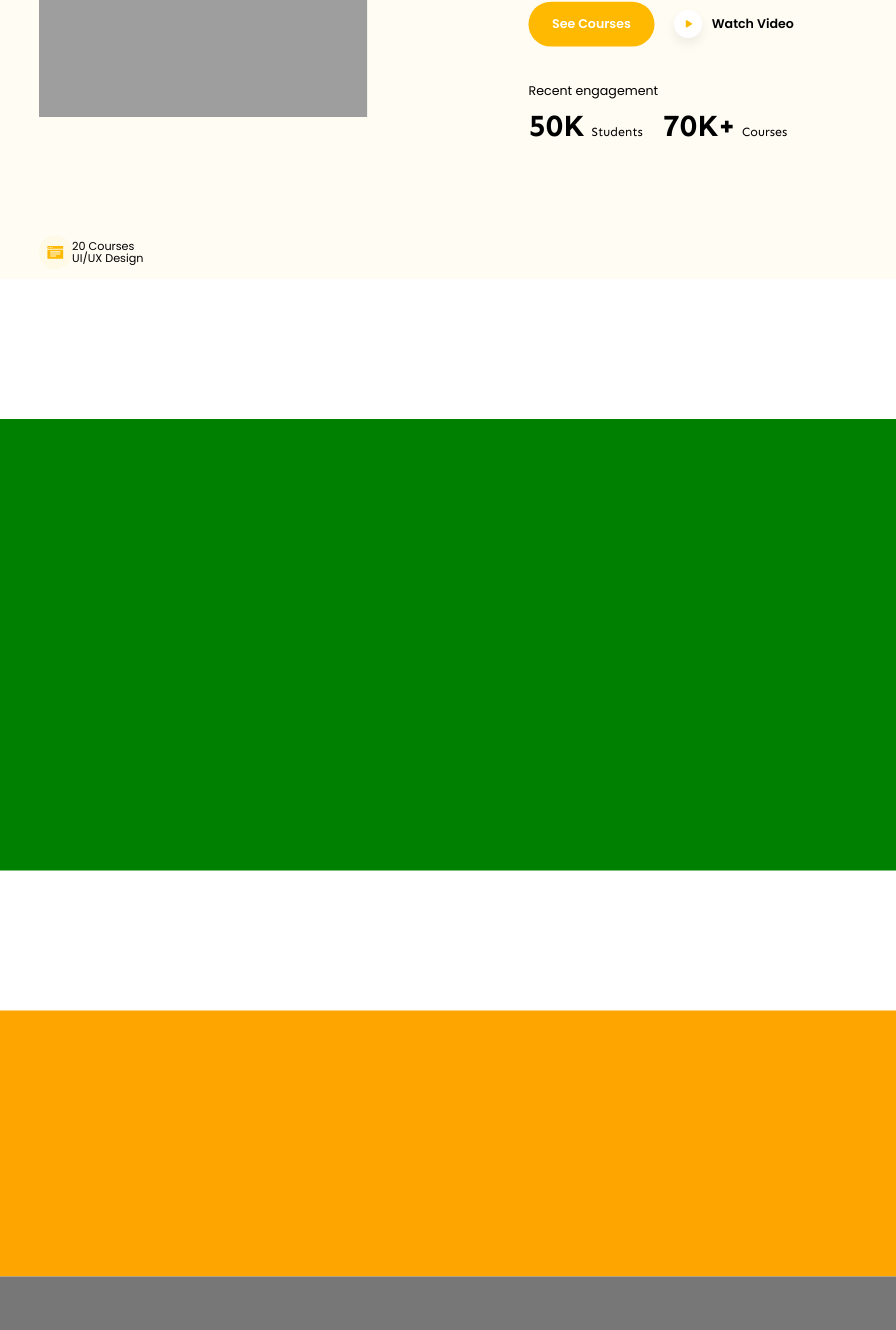
Repository: kauittt/LTWEB
Page: index.html
These files come from the project's save history. The page is drawn as it stood at one moment and after the next save; the edit follows.
The browser window is 1280 px wide. The pictures show the part of the page from y = 501 to 2401 px (the page is 4909 px tall), at 70% of full size.
Pictures or frames that could not be fetched are drawn as grey boxes.

Above is the page before, as saved 2023-01-18 13:48:37.

### index.html
<!DOCTYPE html>
<html lang="en">
    <head>
        <meta charset="UTF-8" />
        <meta http-equiv="X-UA-Compatible" content="IE=edge" />
        <meta name="viewport" content="width=device-width, initial-scale=1.0" />
        <title>F8-PROJECT-02</title>
        <!--* favicon  -->
        <link rel="icon" type="image/x-icon" href="./assets/img/f8-icon.png" />
        <!--* font awesome -->
        <link
            rel="stylesheet"
            href="https://cdnjs.cloudflare.com/ajax/libs/font-awesome/6.2.1/css/all.min.css"
        />
        <link rel="preconnect" href="https://cdnjs.cloudflare.com" />
        <!--* css -->
        <link rel="stylesheet" href="./assets/css/reset.css" />
        <link rel="stylesheet" href="./assets/font/stylesheet.css" />
        <link rel="stylesheet" href="./assets/css/styles.css" />
    </head>
    <body>
        <div id="container">
            <div id="header">
                <div class="content header-wrap">
                    <nav class="header-nav">
                        <img src="./assets/img/logo.svg" alt="Lesson." />

                        <div class="header-nav-list">
                            <div
                                class="header-nav-list__item header-nav-list__item--selected"
                            >
                                Home
                            </div>
                            <div class="header-nav-list__item">Courses</div>
                            <div class="header-nav-list__item">Pricing</div>
                            <div class="header-nav-list__item">Reviews</div>
                        </div>

                        <div class="btn header-nav-btn">Sign Up</div>
                    </nav>

                    <div class="header-hero">
                        <div class="header-hero-img">
                            <img
                                src="https://plus.unsplash.com/premium_photo-1668383776856-618354131aa0?ixlib=rb-4.0.3&ixid=MnwxMjA3fDB8MHxwaG90by1wYWdlfHx8fGVufDB8fHx8&auto=format&fit=crop&w=1887&q=80"
                                alt="Avatar"
                                class="header-hero-img__item"
                            />

                            <div class="header-hero-img-infor">
                                <div class="header-hero-img-infor-item">
                                    <img
                                        src="./assets/img/header/item1.svg"
                                        alt="Desgin"
                                    />

                                    <div
                                        class="header-hero-img-infor-item-desc"
                                    >
                                        <p
                                            class="header-hero-img-infor-item-desc__quantity"
                                        >
                                            20 Courses
                                        </p>
                                        <p
                                            class="header-hero-img-infor-item-desc__name"
                                        >
                                            UI/UX Design
                                        </p>
                                    </div>
                                </div>
                            </div>
                        </div>

                        <div class="header-hero-content">
                            <p class="sen header-hero-content__heading">
                                Learn without limits and spread knowledge.
                            </p>

                            <p class="header-hero-content__desc">
                                Build new skills for that “this is my year”
                                feeling with courses, certificates, and degrees
                                from world-class universities and companies.
                            </p>

                            <div class="header-hero-content-link">
                                <div class="btn header-hero-content-link__btn">
                                    See Courses
                                </div>
                                <div class="header-hero-content-link__video">
                                    <!-- <img
                                        src="./assets/img/header/play.svg"
                                        alt="play"
                                    /> -->
                                    <i class="fa-solid fa-play"></i>
                                    Watch Video
                                </div>
                            </div>

                            <p class="header-hero-content__more">
                                Recent engagement
                            </p>

                            <div class="header-hero-content-data">
                                <p class="sen header-hero-content-data__item">
                                    <span class="number">50K</span>Students
                                </p>

                                <p class="sen header-hero-content-data__item">
                                    <span class="number">70K+</span>Courses
                                </p>
                            </div>
                        </div>
                    </div>
                </div>
            </div>

            <div id="courses">
                <div class="content courses-wrap"></div>
            </div>

            <div id="testi">
                <content class="content testi-wrap"> </content>
            </div>

            <div id="features">
                <div class="content features-wrap"></div>
            </div>

            <div id="cta">
                <div class="content cta-wrap"></div>
            </div>

            <div id="blog">
                <div class="content blog-wrap"></div>
            </div>

            <div id="footer">
                <div class="content footer-wrap"></div>
            </div>
        </div>
    </body>
</html>

### assets/font/stylesheet.css
/*! Sen */
@font-face {
    font-family: "Sen";
    src: url("Sen/Sen-Regular.woff2") format("woff2"),
        url("Sen/Sen-Regular.woff") format("woff");
    font-weight: normal;
    font-style: normal;
    font-display: swap;
}

@font-face {
    font-family: "Sen";
    src: url("Sen/Sen-ExtraBold.woff2") format("woff2"),
        url("Sen/Sen-ExtraBold.woff") format("woff");
    font-weight: bold;
    font-style: normal;
    font-display: swap;
}

@font-face {
    font-family: "Sen";
    src: url("Sen/Sen-Bold.woff2") format("woff2"),
        url("Sen/Sen-Bold.woff") format("woff");
    font-weight: bold;
    font-style: normal;
    font-display: swap;
}
/*! sen  */

/*! Poppins */
@font-face {
    font-family: "Poppins";
    src: url("Poppins/Poppins-ExtraBoldItalic.woff2") format("woff2"),
        url("Poppins/Poppins-ExtraBoldItalic.woff") format("woff");
    font-weight: bold;
    font-style: italic;
    font-display: swap;
}

@font-face {
    font-family: "Poppins";
    src: url("Poppins/Poppins-ExtraBold.woff2") format("woff2"),
        url("Poppins/Poppins-ExtraBold.woff") format("woff");
    font-weight: bold;
    font-style: normal;
    font-display: swap;
}

@font-face {
    font-family: "Poppins";
    src: url("Poppins/Poppins-BlackItalic.woff2") format("woff2"),
        url("Poppins/Poppins-BlackItalic.woff") format("woff");
    font-weight: 900;
    font-style: italic;
    font-display: swap;
}

@font-face {
    font-family: "Poppins";
    src: url("Poppins/Poppins-BoldItalic.woff2") format("woff2"),
        url("Poppins/Poppins-BoldItalic.woff") format("woff");
    font-weight: bold;
    font-style: italic;
    font-display: swap;
}

@font-face {
    font-family: "Poppins";
    src: url("Poppins/Poppins-Bold.woff2") format("woff2"),
        url("Poppins/Poppins-Bold.woff") format("woff");
    font-weight: bold;
    font-style: normal;
    font-display: swap;
}

@font-face {
    font-family: "Poppins";
    src: url("Poppins/Poppins-Black.woff2") format("woff2"),
        url("Poppins/Poppins-Black.woff") format("woff");
    font-weight: 900;
    font-style: normal;
    font-display: swap;
}

@font-face {
    font-family: "Poppins";
    src: url("Poppins/Poppins-ExtraLight.woff2") format("woff2"),
        url("Poppins/Poppins-ExtraLight.woff") format("woff");
    font-weight: 200;
    font-style: normal;
    font-display: swap;
}

@font-face {
    font-family: "Poppins";
    src: url("Poppins/Poppins-ExtraLightItalic.woff2") format("woff2"),
        url("Poppins/Poppins-ExtraLightItalic.woff") format("woff");
    font-weight: 200;
    font-style: italic;
    font-display: swap;
}

@font-face {
    font-family: "Poppins";
    src: url("Poppins/Poppins-Italic.woff2") format("woff2"),
        url("Poppins/Poppins-Italic.woff") format("woff");
    font-weight: normal;
    font-style: italic;
    font-display: swap;
}

@font-face {
    font-family: "Poppins";
    src: url("Poppins/Poppins-Light.woff2") format("woff2"),
        url("Poppins/Poppins-Light.woff") format("woff");
    font-weight: 300;
    font-style: normal;
    font-display: swap;
}

@font-face {
    font-family: "Poppins";
    src: url("Poppins/Poppins-LightItalic.woff2") format("woff2"),
        url("Poppins/Poppins-LightItalic.woff") format("woff");
    font-weight: 300;
    font-style: italic;
    font-display: swap;
}

@font-face {
    font-family: "Poppins";
    src: url("Poppins/Poppins-Medium.woff2") format("woff2"),
        url("Poppins/Poppins-Medium.woff") format("woff");
    font-weight: 500;
    font-style: normal;
    font-display: swap;
}

@font-face {
    font-family: "Poppins";
    src: url("Poppins/Poppins-MediumItalic.woff2") format("woff2"),
        url("Poppins/Poppins-MediumItalic.woff") format("woff");
    font-weight: 500;
    font-style: italic;
    font-display: swap;
}

@font-face {
    font-family: "Poppins";
    src: url("Poppins/Poppins-Regular.woff2") format("woff2"),
        url("Poppins/Poppins-Regular.woff") format("woff");
    font-weight: normal;
    font-style: normal;
    font-display: swap;
}

@font-face {
    font-family: "Poppins";
    src: url("Poppins/Poppins-SemiBold.woff2") format("woff2"),
        url("Poppins/Poppins-SemiBold.woff") format("woff");
    font-weight: 600;
    font-style: normal;
    font-display: swap;
}

@font-face {
    font-family: "Poppins";
    src: url("Poppins/Poppins-SemiBoldItalic.woff2") format("woff2"),
        url("Poppins/Poppins-SemiBoldItalic.woff") format("woff");
    font-weight: 600;
    font-style: italic;
    font-display: swap;
}

@font-face {
    font-family: "Poppins";
    src: url("Poppins/Poppins-Thin.woff2") format("woff2"),
        url("Poppins/Poppins-Thin.woff") format("woff");
    font-weight: 100;
    font-style: normal;
    font-display: swap;
}

@font-face {
    font-family: "Poppins";
    src: url("Poppins/Poppins-ThinItalic.woff2") format("woff2"),
        url("Poppins/Poppins-ThinItalic.woff") format("woff");
    font-weight: 100;
    font-style: italic;
    font-display: swap;
}
/*! Poppins */

### assets/css/styles.css
* {
    box-sizing: border-box;
}

html {
    font-size: 62.5%;
}

body {
    font-size: 1.6rem;
    font-weight: 400;
    font-family: "Poppins", sans-serif;
}

/*! COMMON */
.sen {
    font-family: "Sen", sans-serif;
}

.content {
    width: 1170px;
    max-width: calc(100% - 48px);
    margin-left: auto;
    margin-right: auto;
}

:root {
    --bg-color: #fffcf4;
    --primary-color: #ffb900;
    --text-normal: #5f5b53;
    --text-bold: #171100;
}

.btn {
    min-width: 118px;
    padding: 17px 27px;
    text-align: center;
    font-weight: 600;
    background-color: var(--text-bold);
    color: #ffffff;
    border-radius: 25px;
}

#container {
    display: flex;
    flex-direction: column;
}

/*! HERO */
#header {
    height: 900px;
    background: var(--bg-color);
}

.header-wrap {
}

.header-nav {
    display: flex;
    justify-content: space-between;
    align-items: center;
    margin-top: 36px;
}

.header-nav-list {
    display: flex;
    column-gap: 42px;
    margin-right: -473px;
}

.header-nav-list__item {
    font-weight: 400;
    font-size: 1.6rem;
    line-height: 1.75;
    color: var(--text-normal);
}

.header-nav-list__item--selected {
    color: var(--text-bold);
    font-weight: 600;
}

.header-nav-btn {
    font-weight: 600;
    font-size: 1.6rem;
    padding: 17px 41.25px;
}

.header-hero {
    display: flex;
    justify-content: space-between;
    margin-top: 64px;
}

.header-hero-img {
    width: 40.17%;
    position: relative;
}

.header-hero-img__item {
    width: 100%;
    height: 685px;
    object-fit: contain;
    border-radius: 20px;
}

.header-hero-img-infor {
    position: absolute;
}

.header-hero-img-infor-item {
    display: flex;
    align-items: center;
}

.header-hero-img-infor-item-desc {
}

.header-hero-img-infor-item-desc__quantity {
}

.header-hero-img-infor-item-desc__name {
}

.header-hero-content {
    width: 40.17%;
}

.header-hero-content__heading {
    font-weight: 700;
    font-size: 5.8rem;
    line-height: 1.17;
    letter-spacing: -0.02em;
}

.header-hero-content__desc {
    font-weight: 400;
    font-size: 1.8rem;
    line-height: 1.67;
    color: var(--text-normal);
    margin-top: 22px;
    margin-bottom: 38px;
}

.header-hero-content-link {
    display: flex;
    align-items: center;
}

.header-hero-content-link__btn {
    margin-right: 28px;
    padding: 17px 33.5px;
    background-color: var(--primary-color);
    border-radius: 32px;
}

.header-hero-content-link__video,
.header-hero-content-link__btn {
    font-weight: 600;
    font-size: 1.8rem;
    line-height: 1.67;
}

.header-hero-content-link__video {
    display: flex;
    align-items: center;
    position: relative;
}

.header-hero-content-link__video i {
    /* line-height: 72px; */
    width: 40px;
    height: 40px;
    background: white;
    border-radius: 50%;
    box-shadow: 0px 8px 16px rgba(0, 0, 0, 0.07);
    color: var(--primary-color);
    margin-right: 14px;
}

.fa-play:before {
    position: absolute;
    top: 50%;
    transform: translate(17px, -50%);
    font-size: 12px;
}

.header-hero-content__more {
    font-weight: 400;
    font-size: 1.8rem;
    line-height: 1.67;
    margin-top: 48px;
    margin-bottom: 8px;
}

.header-hero-content-data {
    display: flex;
}

.header-hero-content-data__item {
    font-weight: 400;
    font-size: 1.8rem;
    line-height: 1.67;
    margin-right: 28px;
}

.header-hero-content-data__item .number {
    font-weight: 700;
    font-size: 4.4rem;
    line-height: 1.23;
    margin-right: 10px;
}

/*! COURSES */
#courses {
    height: 645px;
    margin-top: 200px;
    margin-bottom: 200px;
    background: green;
}

.courses-wrap {
}

/*! TESTI */
#testi {
    height: 380px;
    background: orange;
}

.testi-wrap {
}

/*! FEATURES */
#features {
    height: 438px;
    background: #777;
}

.features-wrap {
}

/*! CTA */
#cta {
    height: 440px;
    margin-top: 200px;
    margin-bottom: 200px;
    background: #999;
}

.cta-wrap {
}

/*! BLOG */
#blog {
    height: 878px;
    background: #ccc;
}

.blog-wrap {
}

/*! FOOTER */
#footer {
    height: 428px;
    background: #666;
}

.footer-wrap {
}

Loaded but not shown: assets/css/reset.css (common file)

After the next save:
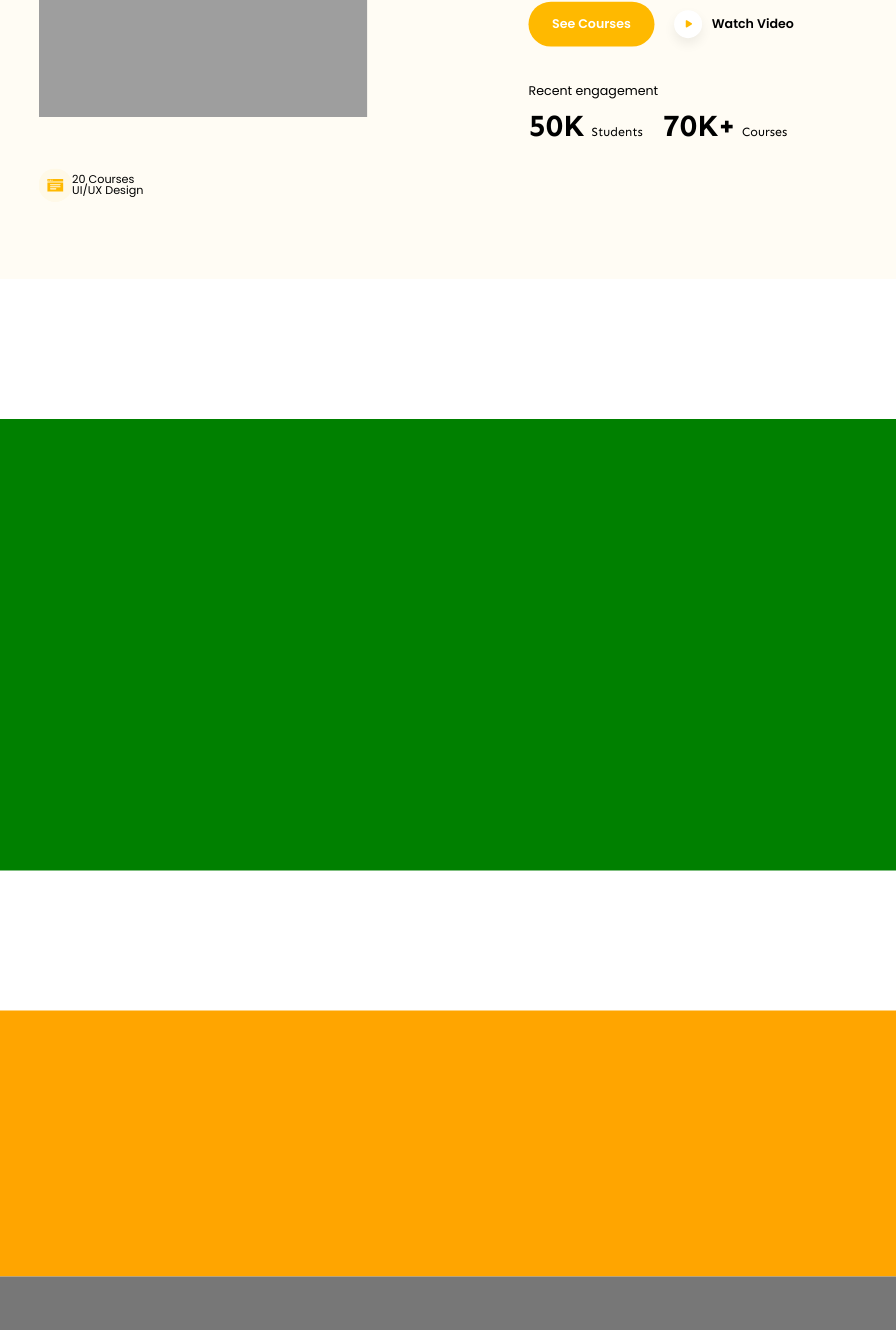
Saved 25 s later.
--- a/assets/css/styles.css
+++ b/assets/css/styles.css
@@ -106,6 +106,7 @@ body {
 
 .header-hero-img-infor {
     position: absolute;
+    bottom: 48px;
 }
 
 .header-hero-img-infor-item {
